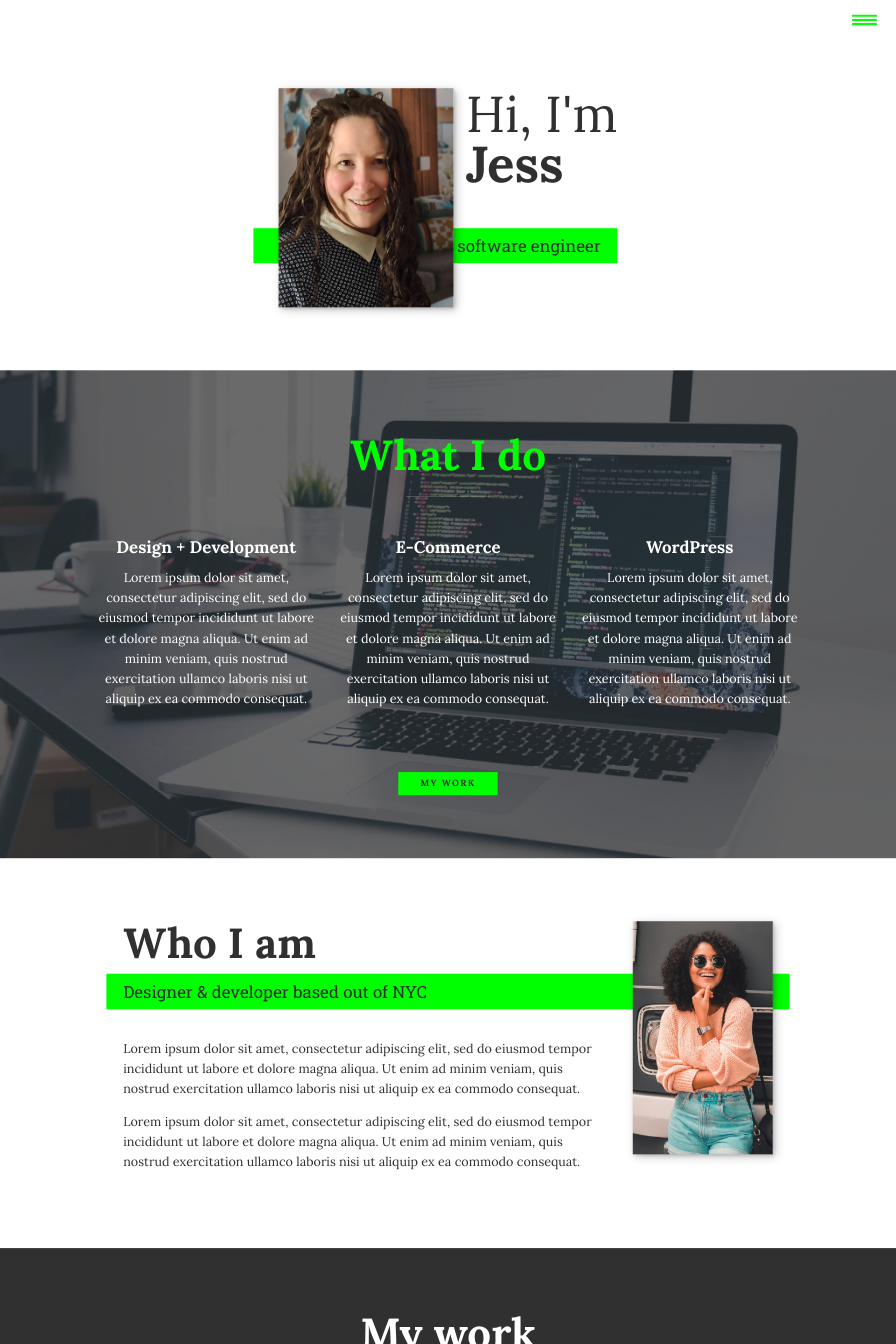
Repository: DinoDime/site
Page: index.html
The author's editor kept a copy of each file at every save. The page is drawn from the files as they stood at one save, then again after the next save.
The browser window is 1280 px wide. The pictures show the part of the page from y = 0 to 1920 px (the page is 3275 px tall), at 70% of full size.
Some web libraries are served in a nearby version.

Above is the page before, as saved 2021-04-29 08:15:58.

### index.html
<!DOCTYPE html>
<html lang="en">
  <head>
    <link
      rel="stylesheet"
      href="https://cdnjs.cloudflare.com/ajax/libs/normalize/8.0.1/normalize.css"
    />
    <meta charset="UTF-8" />
    <meta name="viewport" content="width=device-width, initial-scale=1.0" />
    <title>Jess Perschke</title>
    <link
      rel="stylesheet"
      href="https://cdnjs.cloudflare.com/ajax/libs/normalize/7.0.0/normalize.min.css"
    />
    <link
      rel="stylesheet"
      href="https://cdnjs.cloudflare.com/ajax/libs/font-awesome/5.11.2/css/all.css"
      integrity="sha256-46qynGAkLSFpVbEBog43gvNhfrOj+BmwXdxFgVK/Kvc="
      crossorigin="anonymous"
    />

    <!-- Update these with your own fonts -->
    <link
      href="https://fonts.googleapis.com/css?family=Lora:400,700|Roboto+Slab:400,700&display=swap"
      rel="stylesheet"
    />

    <link rel="stylesheet" href="css/style.css" />
  </head>
  <body>
    <header>
      <button class="nav-toggle" aria-label="toggle navigation">
        <span class="hamburger"></span>
      </button>
      <nav class="nav">
        <ul class="nav__list">
          <li class="nav__item"><a href="#home" class="nav__link">Home</a></li>
          <li class="nav__item">
            <a href="#services" class="nav__link">My Services</a>
          </li>
          <li class="nav__item">
            <a href="#about" class="nav__link">About me</a>
          </li>
          <li class="nav__item">
            <a href="#work" class="nav__link">My Work</a>
          </li>
        </ul>
      </nav>
    </header>

    <!-- Introduction -->
    <section class="intro" id="home">
      <h1 class="section__title section__title--intro">
        Hi, I'm <strong>Jess</strong>
      </h1>
      <p class="section__subtitle section__subtitle--intro">
        software engineer
      </p>
      <img
        src="img/jess.jpg"
        alt="a picture of Jess Perschke smiling"
        class="intro__img"
      />
    </section>

    <!-- My services -->
    <section class="my-services" id="services">
      <h2 class="section__title section__title--services">What I do</h2>
      <div class="services">
        <div class="service">
          <h3>Design + Development</h3>
          <p>
            Lorem ipsum dolor sit amet, consectetur adipiscing elit, sed do
            eiusmod tempor incididunt ut labore et dolore magna aliqua. Ut enim
            ad minim veniam, quis nostrud exercitation ullamco laboris nisi ut
            aliquip ex ea commodo consequat.
          </p>
        </div>
        <!-- / service -->

        <div class="service">
          <h3>E-Commerce</h3>
          <p>
            Lorem ipsum dolor sit amet, consectetur adipiscing elit, sed do
            eiusmod tempor incididunt ut labore et dolore magna aliqua. Ut enim
            ad minim veniam, quis nostrud exercitation ullamco laboris nisi ut
            aliquip ex ea commodo consequat.
          </p>
        </div>
        <!-- / service -->

        <div class="service">
          <h3>WordPress</h3>
          <p>
            Lorem ipsum dolor sit amet, consectetur adipiscing elit, sed do
            eiusmod tempor incididunt ut labore et dolore magna aliqua. Ut enim
            ad minim veniam, quis nostrud exercitation ullamco laboris nisi ut
            aliquip ex ea commodo consequat.
          </p>
        </div>
        <!-- / service -->
      </div>
      <!-- / services -->

      <a href="#work" class="btn">My Work</a>
    </section>

    <!-- About me -->
    <section class="about-me" id="about">
      <h2 class="section__title section__title--about">Who I am</h2>
      <p class="section__subtitle section__subtitle--about">
        Designer & developer based out of NYC
      </p>

      <div class="about-me__body">
        <p>
          Lorem ipsum dolor sit amet, consectetur adipiscing elit, sed do
          eiusmod tempor incididunt ut labore et dolore magna aliqua. Ut enim ad
          minim veniam, quis nostrud exercitation ullamco laboris nisi ut
          aliquip ex ea commodo consequat.
        </p>
        <p>
          Lorem ipsum dolor sit amet, consectetur adipiscing elit, sed do
          eiusmod tempor incididunt ut labore et dolore magna aliqua. Ut enim ad
          minim veniam, quis nostrud exercitation ullamco laboris nisi ut
          aliquip ex ea commodo consequat.
        </p>
      </div>

      <img
        src="img/dev-jane-02.jpg"
        alt="Jane leaning against a bus"
        class="about-me__img"
      />
    </section>

    <!-- My Work -->
    <section class="my-work" id="work">
      <h2 class="section__title section__title--work">My work</h2>
      <p class="section__subtitle section__subtitle--work">
        A selection of my range of work
      </p>

      <div class="portfolio">
        <!-- Portfolio item 01 -->
        <a href="portfolio-item.html" class="portfolio__item">
          <img src="img/portfolio-01.jpg" alt="" class="portfolio__img" />
        </a>

        <!-- Portfolio item 02 -->
        <a href="portfolio-item.html" class="portfolio__item">
          <img src="img/portfolio-02.jpg" alt="" class="portfolio__img" />
        </a>

        <!-- Portfolio item 03 -->
        <a href="portfolio-item.html" class="portfolio__item">
          <img src="img/portfolio-03.jpg" alt="" class="portfolio__img" />
        </a>

        <!-- Portfolio item 04 -->
        <a href="portfolio-item.html" class="portfolio__item">
          <img src="img/portfolio-04.jpg" alt="" class="portfolio__img" />
        </a>

        <!-- Portfolio item 05 -->
        <a href="portfolio-item.html" class="portfolio__item">
          <img src="img/portfolio-05.jpg" alt="" class="portfolio__img" />
        </a>

        <!-- Portfolio item 06 -->
        <a href="portfolio-item.html" class="portfolio__item">
          <img src="img/portfolio-06.jpg" alt="" class="portfolio__img" />
        </a>

        <!-- Portfolio item 07 -->
        <a href="portfolio-item.html" class="portfolio__item">
          <img src="img/portfolio-07.jpg" alt="" class="portfolio__img" />
        </a>

        <!-- Portfolio item 08 -->
        <a href="#" class="portfolio__item">
          <img src="img/portfolio-08.jpg" alt="" class="portfolio__img" />
        </a>

        <!-- Portfolio item 09 -->
        <a href="#" class="portfolio__item">
          <img src="img/portfolio-09.jpg" alt="" class="portfolio__img" />
        </a>

        <!-- Portfolio item 0 0-->
        <a href="#" class="portfolio__item">
          <img src="img/portfolio-10.jpg" alt="" class="portfolio__img" />
        </a>
      </div>
    </section>

    <!-- Footer -->
    <footer class="footer">
      <!-- replace with your own email address -->
      <a href="mailto:jessicaperschke@mailbox.org" class="footer__link"
        >jessicaperschke@mailbox.org</a
      >
      <ul class="social-list">
        <li class="social-list__item">
          <a class="social-list__link" href="https://github.com">
            <i class="fab fa-github"></i>
          </a>
        </li>
      </ul>
    </footer>

    <script src="js/index.js"></script>
  </body>
</html>

### css/style.css
*,
*::before,
*::after {
  box-sizing: border-box;
}

/* Custom Properties, update these for your own design */

:root {
  --ff-primary: "Lora", serif;
  --ff-secondary: "Roboto Slab", serif;

  --fw-reg: 400;
  --fw-bold: 700;

  --clr-light: #fff;
  --clr-dark: #303030;
  --clr-accent: lime;

  --fs-h1: 3rem;
  --fs-h2: 2.25rem;
  --fs-h3: 1.25rem;
  --fs-body: 1rem;

  --bs: 0.25em 0.25em 0.75em rgba(0, 0, 0, 0.25),
    0.125em 0.125em 0.25em rgba(0, 0, 0, 0.15);
}

@media (min-width: 800px) {
  :root {
    --fs-h1: 4.5rem;
    --fs-h2: 3.75rem;
    --fs-h3: 1.5rem;
    --fs-body: 1.125rem;
  }
}

/* General styles */

/* endable this to add smooth scrolling */
/* html {
    scroll-behavior: smooth;
} */

body {
  background: var(--clr-light);
  color: var(--clr-dark);
  margin: 0;
  font-family: var(--ff-primary);
  font-size: var(--fs-body);
  line-height: 1.6;
}

section {
  padding: 5em 2em;
}

img {
  display: block;
  max-width: 100%;
}

strong {
  font-weight: var(--fw-bold);
}

:focus {
  outline: 3px solid var(--clr-accent);
  outline-offset: 3px;
}

/* Buttons */

.btn {
  display: inline-block;
  padding: 0.5em 2.5em;
  background: var(--clr-accent);
  color: var(--clr-dark);
  text-decoration: none;
  cursor: pointer;
  font-size: 0.8rem;
  text-transform: uppercase;
  letter-spacing: 2px;
  font-weight: var(--fw-bold);
  transition: transform 200ms ease-in-out;
}

.btn:hover {
  transform: scale(1.1);
}

/* Typography */

h1,
h2,
h3 {
  line-height: 1;
  margin: 0;
}

h1 {
  font-size: var(--fs-h1);
}
h2 {
  font-size: var(--fs-h2);
}
h3 {
  font-size: var(--fs-h3);
}

.section__title {
  margin-bottom: 0.25em;
}

.section__title--intro {
  font-weight: var(--fw-reg);
}

.section__title--intro strong {
  display: block;
}

.section__subtitle {
  margin: 0;
  font-size: var(--fs-h3);
}

.section__subtitle--intro,
.section__subtitle--about {
  background: var(--clr-accent);
  padding: 0.25em 1em;
  font-family: var(--ff-secondary);
  margin-bottom: 1em;
}

.section__subtitle--work {
  color: var(--clr-accent);
  font-weight: var(--fw-bold);
  margin-bottom: 2em;
}

/* header */

header {
  display: flex;
  justify-content: space-between;
  padding: 1em;
}

.logo {
  max-width: 100px;
}

.nav {
  position: fixed;
  background: var(--clr-dark);
  color: var(--clr-light);
  top: 0;
  bottom: 0;
  left: 0;
  right: 0;
  z-index: 100;

  transform: translateX(100%);
  transition: transform 250ms cubic-bezier(0.5, 0, 0.5, 1);
}

.nav__list {
  list-style: none;
  display: flex;
  height: 100%;
  flex-direction: column;
  justify-content: space-evenly;
  align-items: center;
  margin: 0;
  padding: 0;
}

.nav__link {
  color: inherit;
  font-weight: var(--fw-bold);
  font-size: var(--fs-h2);
  text-decoration: none;
}

.nav__link:hover {
  color: var(--clr-accent);
}

.nav-toggle {
  padding: 0.5em;
  background: transparent;
  border: 0;
  cursor: pointer;
  position: absolute;
  right: 1em;
  top: 1em;
  z-index: 1000;
}

.nav-open .nav {
  transform: translateX(0);
}

.nav-open .nav-toggle {
  position: fixed;
}

.nav-open .hamburger {
  transform: rotate(0.625turn);
}

.nav-open .hamburger::before {
  transform: rotate(90deg) translateX(-6px);
}

.nav-open .hamburger::after {
  opacity: 0;
}

.hamburger {
  display: block;
  position: relative;
}

.hamburger,
.hamburger::before,
.hamburger::after {
  background: var(--clr-accent);
  width: 2em;
  height: 3px;
  border-radius: 1em;
  transition: transform 250ms ease-in-out;
}

.hamburger::before,
.hamburger::after {
  content: "";
  position: absolute;
  left: 0;
  right: 0;
}

.hamburger::before {
  top: 6px;
}
.hamburger::after {
  bottom: 6px;
}

/*  Intro section  */

.intro {
  position: relative;
}

.intro__img {
  box-shadow: var(--bs);
}

.section__subtitle--intro {
  display: inline-block;
}

@media (min-width: 600px) {
  .intro {
    display: grid;
    width: min-content;
    margin: 0 auto;
    grid-column-gap: 1em;
    grid-template-areas:
      "img title"
      "img subtitle";
    grid-template-columns: min-content max-content;
  }

  .intro__img {
    grid-area: img;
    min-width: 250px;
    position: relative;
    z-index: 2;
  }

  .section__subtitle--intro {
    align-self: start;
    grid-column: -1 / 1;
    grid-row: 2;
    text-align: right;
    position: relative;
    left: -1.5em;
    width: calc(100% + 1.5em);
  }
}

/*  My services section  */

.my-services {
  background-color: var(--clr-dark);
  background-image: url(../img/services-bg.jpg);
  background-size: cover;
  /* background-blend-mode: multiply; */
  color: var(--clr-light);
  text-align: center;
}

.section__title--services {
  color: var(--clr-accent);
  position: relative;
}

.section__title--services::after {
  content: "";
  display: block;
  width: 2em;
  height: 1px;
  margin: 0.5em auto 1em;
  background: var(--clr-light);
  opacity: 0.25;
}

.services {
  margin-bottom: 4em;
}

.service {
  max-width: 500px;
  margin: 0 auto;
}

@media (min-width: 800px) {
  .services {
    display: flex;
    max-width: 1000px;
    margin-left: auto;
    margin-right: auto;
  }

  .service + .service {
    margin-left: 2em;
  }
}

.about-me {
  max-width: 1000px;
  margin: 0 auto;
}

.about-me__img {
  box-shadow: var(--bs);
}

@media (min-width: 600px) {
  .about-me {
    display: grid;
    grid-template-columns: 1fr 200px;
    grid-template-areas:
      "title img"
      "subtitle img"
      "text img";
    grid-column-gap: 2em;
  }

  .section__title--about {
    grid-area: title;
  }

  .section__subtitle--about {
    grid-column: 1 / -1;
    grid-row: 2;
    position: relative;
    left: -1em;
    width: calc(100% + 2em);
    padding-left: 1em;
    padding-right: calc(200px + 4em);
  }

  .about-me__img {
    grid-area: img;
    position: relative;
    z-index: 2;
  }
}

/* My Work */

.my-work {
  background-color: var(--clr-dark);
  color: var(--clr-light);
  text-align: center;
}

.portfolio {
  display: grid;
  grid-template-columns: repeat(auto-fit, minmax(300px, 1fr));
}

.portfolio__item {
  background: var(--clr-accent);
  overflow: hidden;
}

.portfolio__img {
  transition: transform 750ms cubic-bezier(0.5, 0, 0.5, 1), opacity 250ms linear;
}

.portfolio__item:focus {
  position: relative;
  z-index: 2;
}

.portfolio__img:hover,
.portfolio__item:focus .portfolio__img {
  transform: scale(1.2);
  opacity: 0.5;
}

/* footer */

.footer {
  background: #111;
  color: var(--clr-accent);
  text-align: center;
  padding: 2.5em 0;
  font-size: var(--fs-h3);
}

.footer a {
  color: inherit;
  text-decoration: none;
}

.footer__link {
  font-weight: var(--fw-bold);
}

.footer__link:hover,
.social-list__link:hover {
  opacity: 0.7;
}

.footer__link:hover {
  text-decoration: underline;
}

.social-list {
  list-style: none;
  display: flex;
  justify-content: center;
  margin: 2em 0 0;
  padding: 0;
}

.social-list__item {
  margin: 0 0.5em;
}

.social-list__link {
  padding: 0.5em;
}

/* Individual portfolio item styles */

.portfolio-item-individual {
  padding: 0 2em 2em;
  max-width: 1000px;
  margin: 0 auto;
}

.portfolio-item-individual p {
  max-width: 600px;
  margin-left: auto;
  margin-right: auto;
}

Loaded but not shown: js/index.js (no copy from this time; the picture is the same without it)

After the next save:
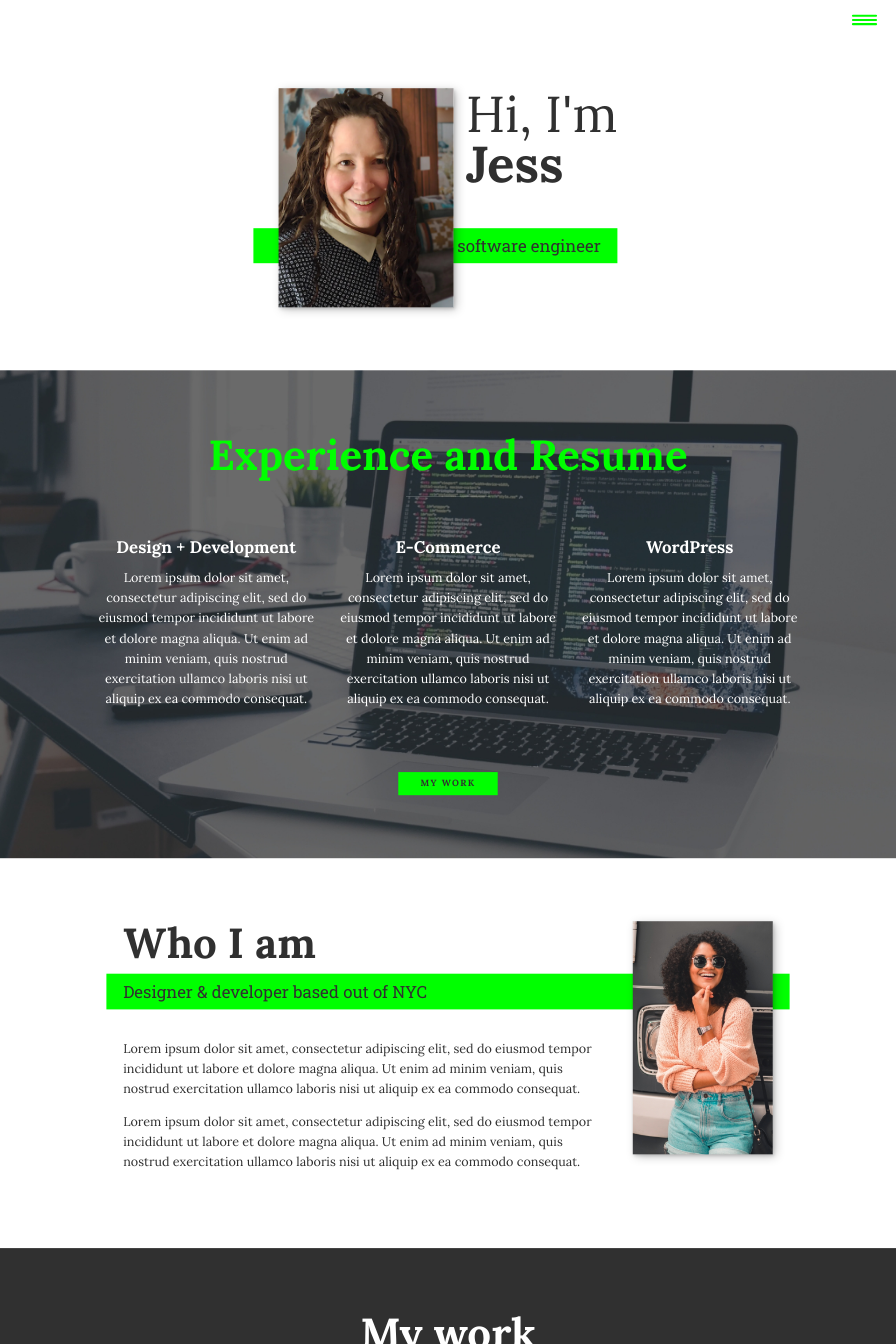
Saved 2 min 35 s later.
--- a/index.html
+++ b/index.html
@@ -65,7 +65,9 @@
 
     <!-- My services -->
     <section class="my-services" id="services">
-      <h2 class="section__title section__title--services">What I do</h2>
+      <h2 class="section__title section__title--services">
+        Experience and Resume
+      </h2>
       <div class="services">
         <div class="service">
           <h3>Design + Development</h3>
